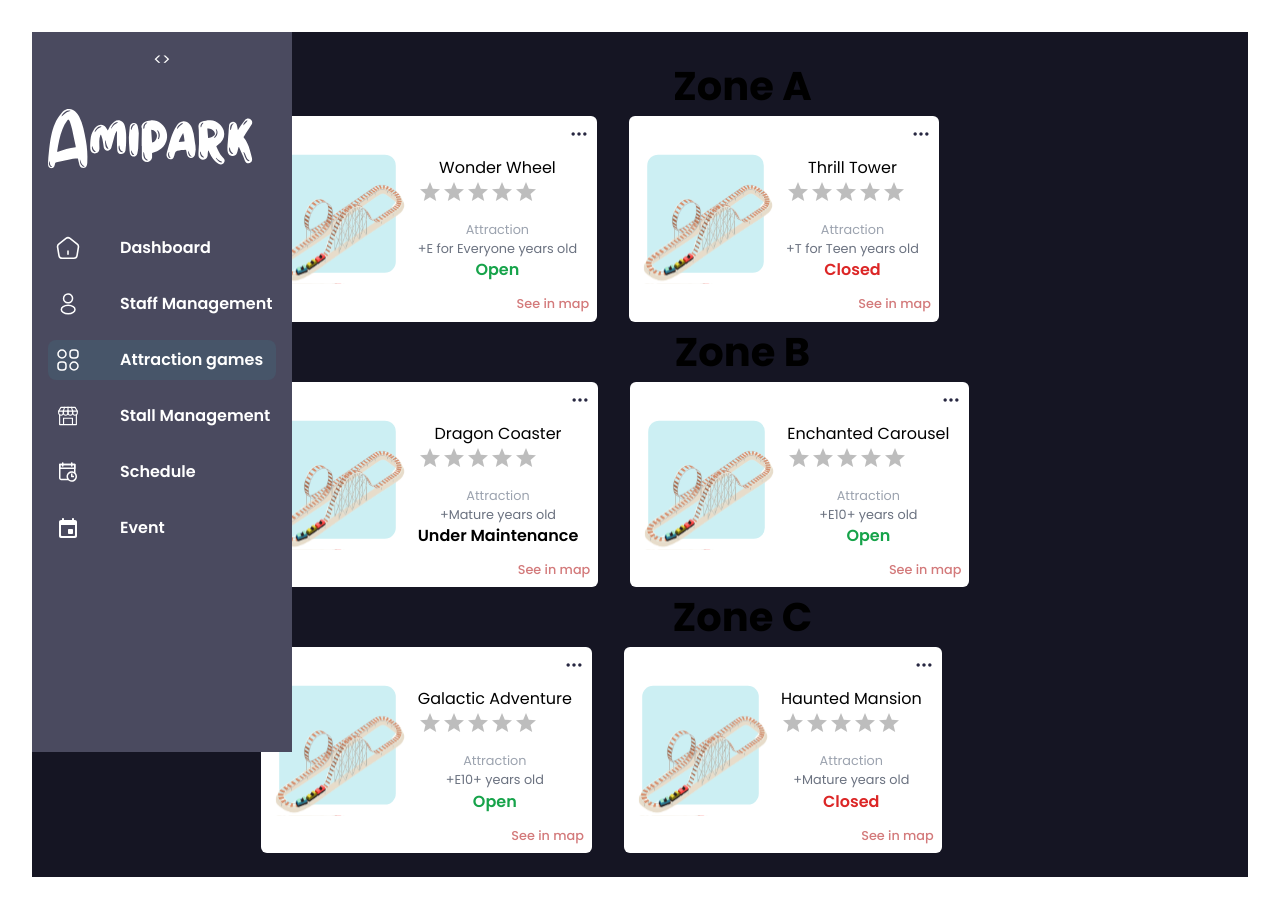
Repository: ImedBousakhria/BDD_AmusementPark_Management-Info
Page: /Attraction (app in client/)
The author's editor kept a copy of each file at every save. The page is drawn from the files as they stood at one save, then again after the next save.
The browser window is 1280 px wide. The pictures show the whole page.
The project was rebuilt for these pictures with package versions that can differ from the ones it lists, and the page was loaded fresh each time. Also part of the build but not shown: client/vite.config.js, client/src/SignIn.jsx, client/src/Signup.jsx, client/src/LandingPage.jsx, client/src/components/Selector.jsx, client/src/Schedule.jsx, client/src/components/charts/AttendanceBars.jsx, client/src/components/charts/AttractionBars.jsx and 9 more.

Above is the page before, as saved 2024-01-10 14:33:54.

After the next save:
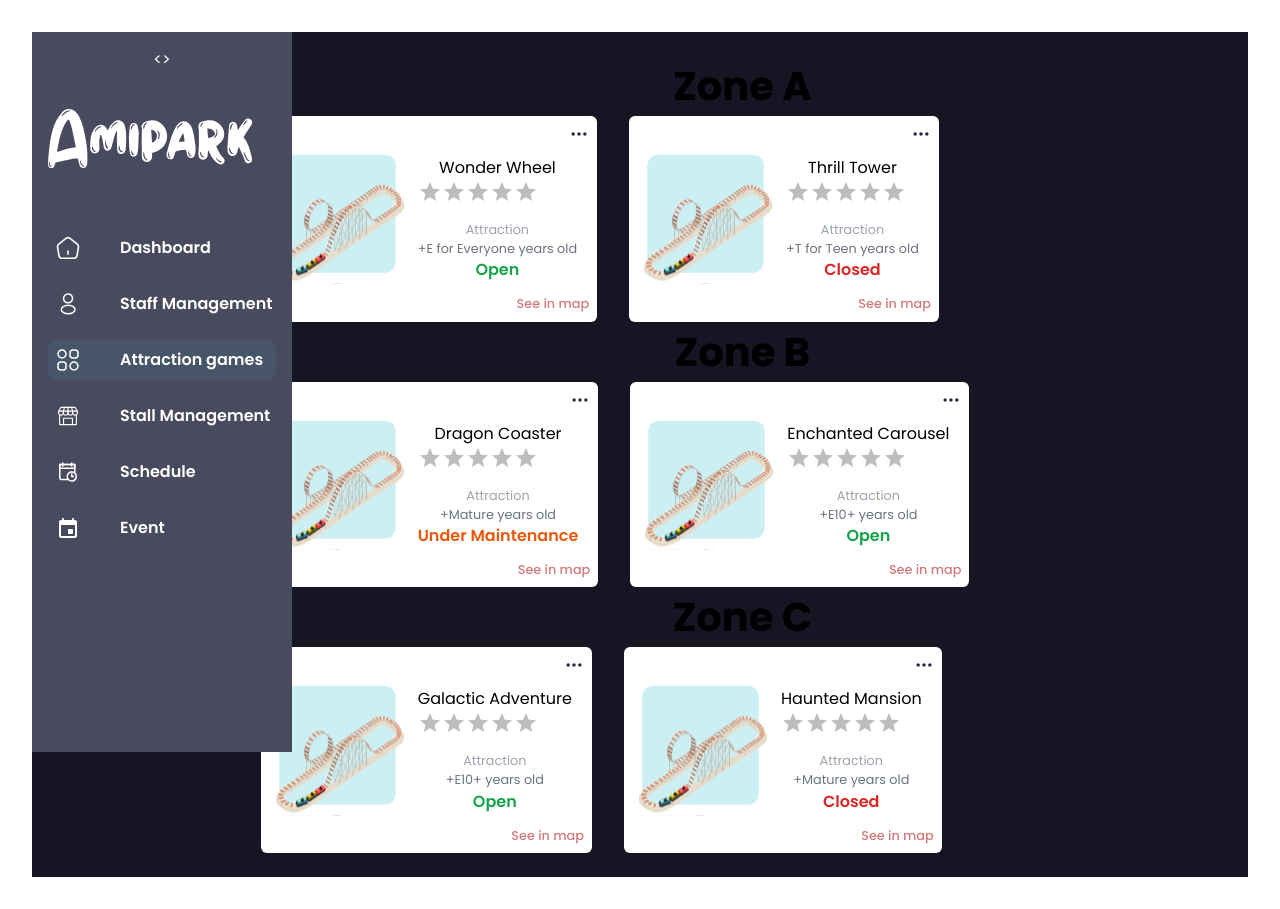
Saved 15 s later.
--- a/client/src/components/GameCard.jsx
+++ b/client/src/components/GameCard.jsx
@@ -41,7 +41,7 @@ const Details = ({ title, userType, genre, age, currentStatus }) => {
     case "Closed":
       statusColorClass = "text-red-600";
       break;
-    case "Under maintenance":
+    case "Under Maintenance":
       statusColorClass = "text-orange-600";
       break;
     default:
